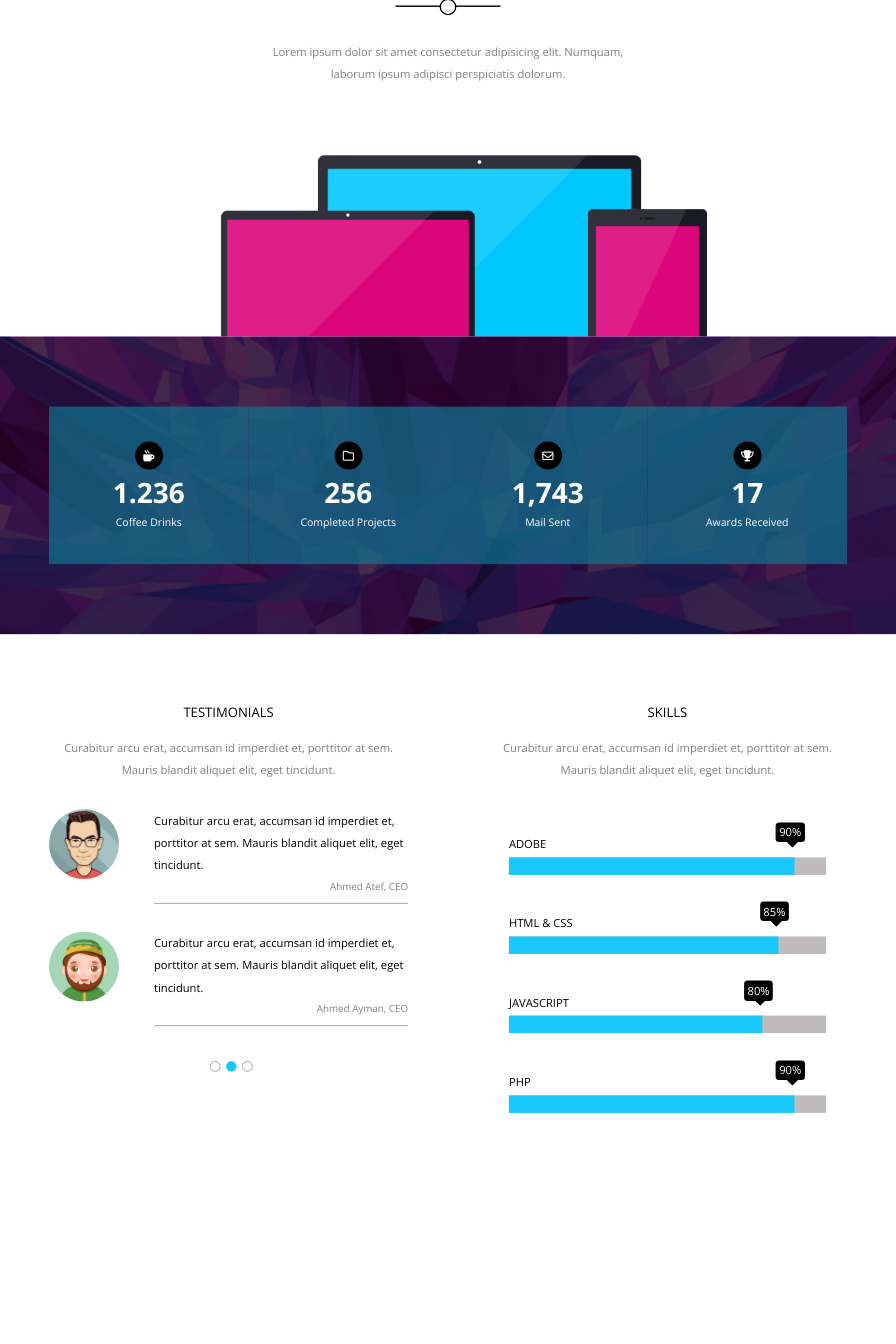
Repository: Ahmed123rezk123/Template_2
Page: index.html
The author's editor kept a copy of each file at every save. The page is drawn from the files as they stood at one save, then again after a run of saves.
The browser window is 1280 px wide. The pictures show the part of the page from y = 4147 to 6067 px (the page is 6067 px tall), at 70% of full size.
A picture or video elsewhere on the page could not be fetched, so the positions and the page height are approximate. Some web fonts or font styles are not loaded; a fallback is used.

Above is the page before, as saved 2024-04-15 19:23:42.
Not found: css/..i

After the next 3 saves:
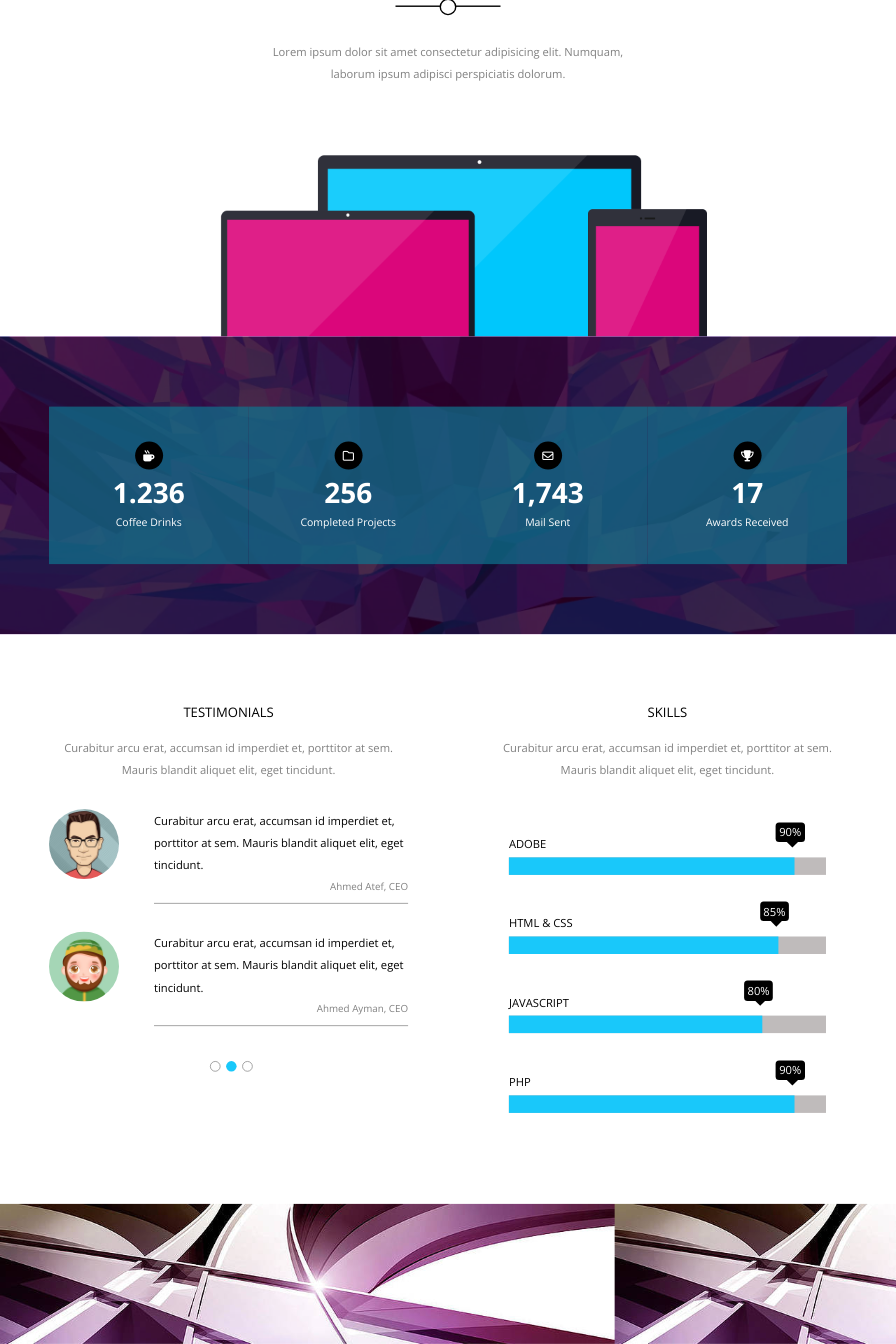
The 3 saves are shown as one change because they came seconds apart.
The last was saved 10 s later.
--- a/css/kasper.css
+++ b/css/kasper.css
@@ -796,6 +796,6 @@ margin-right: 50px;
 .quote {
     padding-top: var(--section-padding);
     padding-bottom: var(--section-padding);
-background-image: url(..i);
+background-image: url(/images/quote.jpg);
 }
 /* End Quote */
